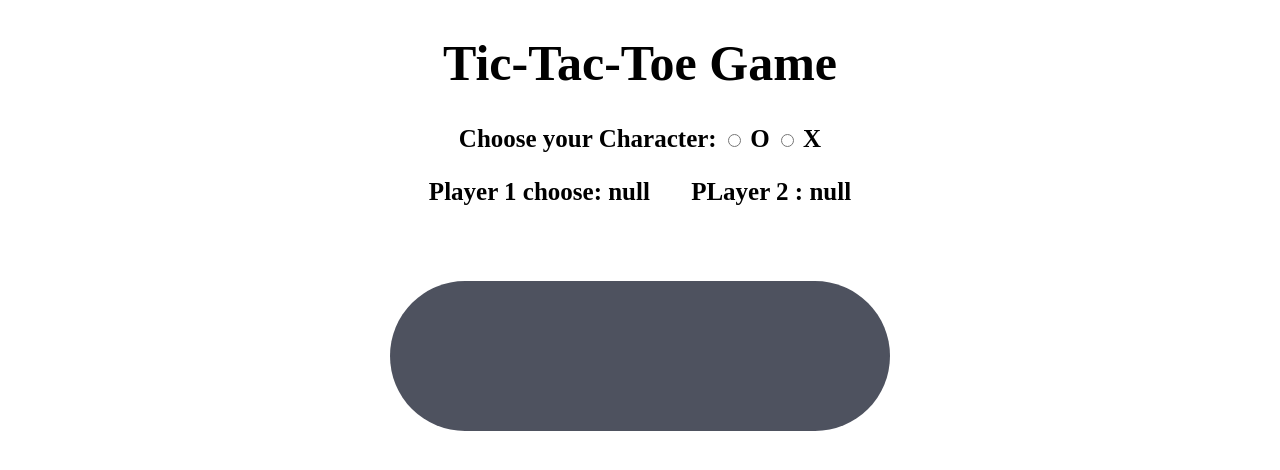
Repository: 0101chaitanya/Tic-Tac-Toe
Page: index.html
These files come from the project's save history. The page is drawn as it stood at one moment and after the next save; the edit follows.
The browser window is 1280 px wide. The pictures show the whole page.

Above is the page before, as saved 2021-06-11 23:36:31.

After the next save:
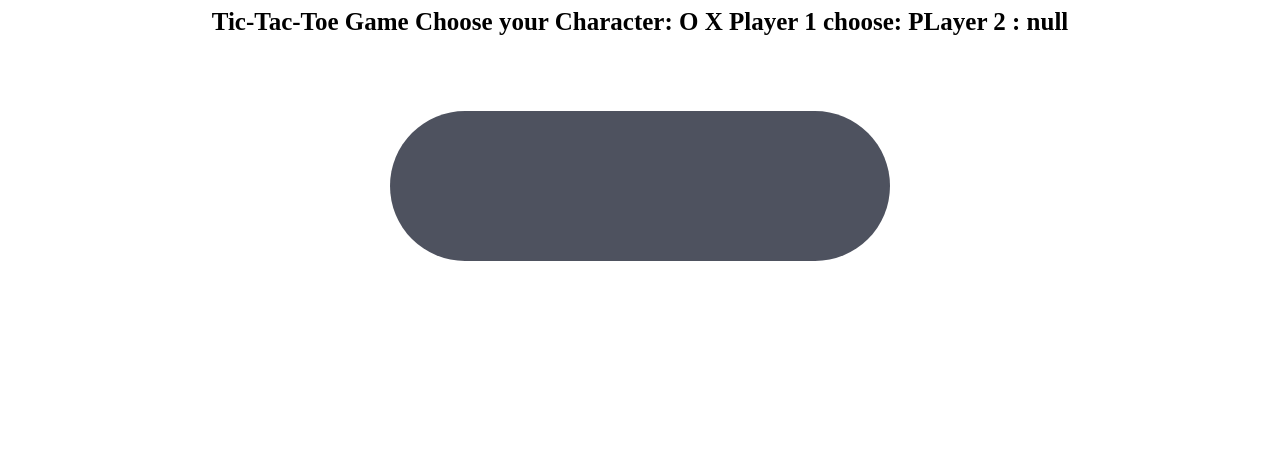
Console error: TypeError: Cannot read properties of null (reading 'textContent')
Saved 12 h 7 min later.
--- a/index.html
+++ b/index.html
@@ -10,37 +10,38 @@
 </head>
 
 <body>
+    <div id='1'>
+        <h1 id="heading">Tic-Tac-Toe Game</h1>
+        <form>
+            Choose your Character:
+            <input value="O" name="radio" onclick="eventFun.setUser(this)" type="radio">
+            <label for="O">O</label>
+            <input value="X" name="radio" onclick="eventFun.setUser(this)" type="radio">
+            <label for="X">X</label>
 
-    <h1 id="heading">Tic-Tac-Toe Game</h1>
-    <form>
-        Choose your Character:
-        <input value="O" name="radio" onclick="eventFun.setUser(this)" type="radio">
-        <label for="O">O</label>
-        <input value="X" name="radio" onclick="eventFun.setUser(this)" type="radio">
-        <label for="X">X</label>
-
-    </form>
-    <div id="player">
-        <span id='1'>Player 1 choose:</span>
-        <span id='2'>PLayer 2 :</span>
+        </form>
+        <div id="player">
+            <span id='1'>Player 1 choose:</span>
+            <span id='2'>PLayer 2 :</span>
+        </div>
+        <form id="gameSquare">
+            <section id="row1">
+                <div id="r1Column1"></div>
+                <div id="rlColumn2"></div>
+                <div id="rlColumn3"></div>
+            </section>
+            <section id="row2">
+                <div id="r2Column1"></div>
+                <div id="r2Column2"></div>
+                <div id="r2Column3"></div>
+            </section>
+            <section id="row3">
+                <div id="r3Column1"></div>
+                <div id="r3Column2"></div>
+                <div id="r3Column3"></div>
+            </section>
+        </form>
     </div>
-    <form id="gameSquare">
-        <section id="row1">
-            <div id="r1Column1"></div>
-            <div id="rlColumn2"></div>
-            <div id="rlColumn3"></div>
-        </section>
-        <section id="row2">
-            <div id="r2Column1"></div>
-            <div id="r2Column2"></div>
-            <div id="r2Column3"></div>
-        </section>
-        <section id="row3">
-            <div id="r3Column1"></div>
-            <div id="r3Column2"></div>
-            <div id="r3Column3"></div>
-        </section>
-    </form>
     <div id="ResultBox">
         <span id="closebtn">&times;</span>
         <strong id="resultOut"></strong>

After the save that followed:
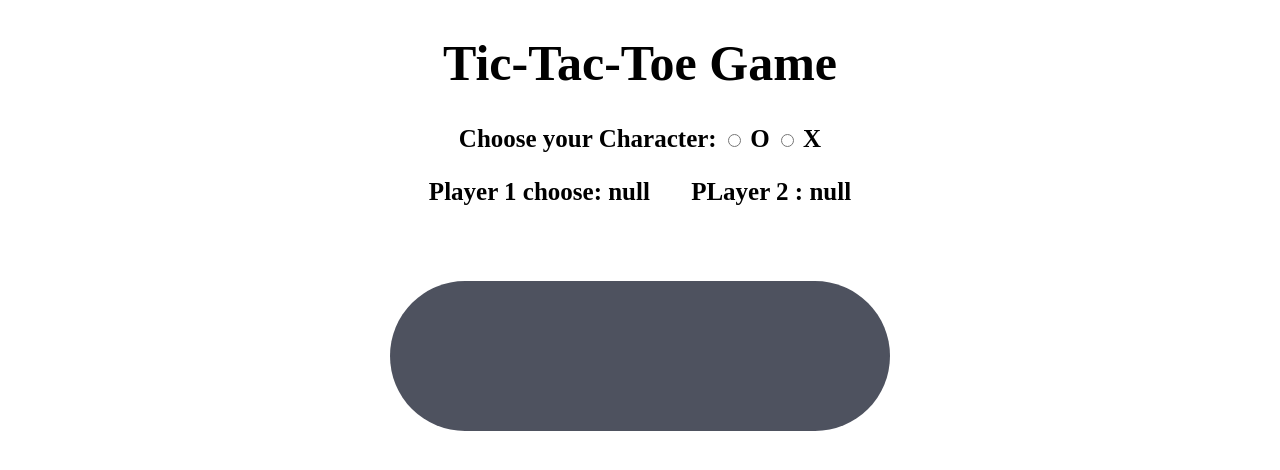
The error is gone.
Saved 52 s later.
--- a/index.html
+++ b/index.html
@@ -10,7 +10,7 @@
 </head>
 
 <body>
-    <div id='1'>
+    <div id='block1'>
         <h1 id="heading">Tic-Tac-Toe Game</h1>
         <form>
             Choose your Character:
